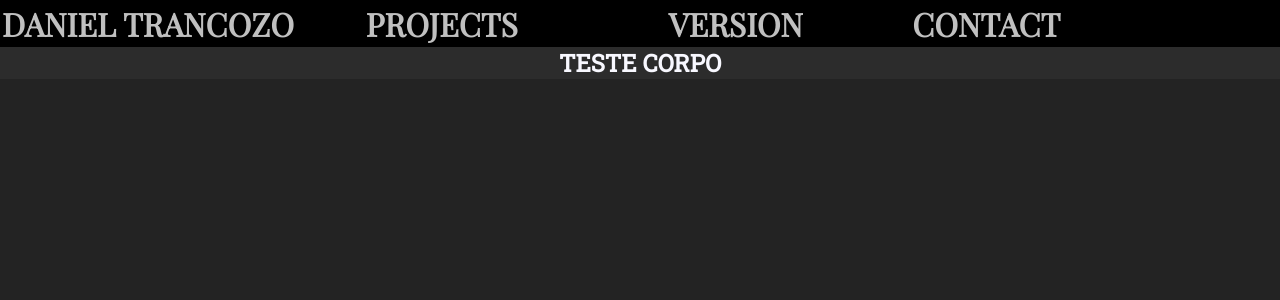
Repository: danieltrancozo/danieltrancozo.github.io
Page: index.html
The author's editor kept a copy of each file at every save. The page is drawn from the files as they stood at one save, then again after the next save.
The browser window is 1280 px wide. The pictures show the whole page.

Above is the page before, as saved 2021-05-04 22:37:11.

### index.html
<!DOCTYPE html>
<meta charset="UFT-8">
<meta name="lenguage" content="pt-br">
<meta name="autor" content="Daniel Trancozo Vianna">
<meta name="description" content="Portifolio de Desenvolvedor Web">
<meta name="keywords" content="HTML, CSS, JS, web development, portifolio">
<html>

<head>
    <title>Minha P&aacutegina</title>
    <link rel="stylesheet" type="text/css" href="css/estilo3.css">
    <link rel="preconnect" href="https://fonts.gstatic.com">
    <link href="https://fonts.googleapis.com/css2?family=Playfair+Display&family=Roboto+Slab&display=swap" rel="stylesheet">
    <script>
    </script>
</head>
<body>
    <div class="container">
        <div class="cab">
            <h1 style="text-transform: uppercase;">
                <table class="menu">
                    <tr>
                        <td>Daniel Trancozo</td>
                        <td>projects</td>
                        <td>version</td>
                        <td>contact</td>
                    </tr>
                </table>
            </h1>
        </div>
        <div class="corp">
            <h2 style="text-transform: uppercase;">teste corpo</h2>
        </div>
    </div>
    <div class="t2"></div>
</body>
</html>

### css/estilo3.css
@import url('https://fonts.googleapis.com/css2?family=Playfair+Display&family=Roboto+Slab&display=swap');
* {
    margin: 0;
    padding: 0;
}
body{
    background-color: rgba(0, 0, 0, 0.863);
    color: antiquewhite;
    text-align: center;
}
.container{
    background-color: transparent;
    display: flex;
    flex-direction: column;
}
.cab{
    background-color: black;
    color: silver;
    font-family: 'Playfair Display', serif;
    height: 10%;
}
.corp{
    background-color: rgb(44, 44, 44);
    color: ghostwhite;
    font-family: 'Roboto Slab', serif;
    height: 90%;
}
.t2{
    background-color: transparent;
    width: 100%;
    height: 100%;
    visibility: hidden;
}
.manu{
    width:100%;
    text-align: center;
    border-width: 1%;
    border-color: transparent;
}
td{
    width: 27%;
}

After the next save:
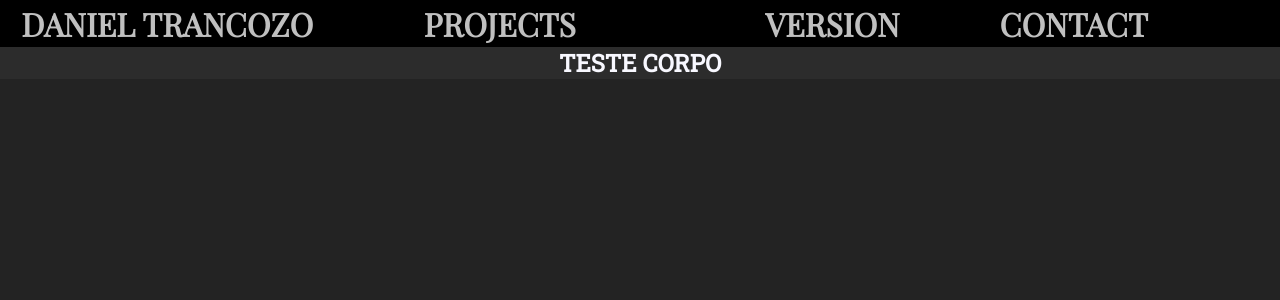
Saved 14 s later.
--- a/css/estilo3.css
+++ b/css/estilo3.css
@@ -38,5 +38,5 @@ body{
     border-color: transparent;
 }
 td{
-    width: 27%;
+    width: 29%;
 }
